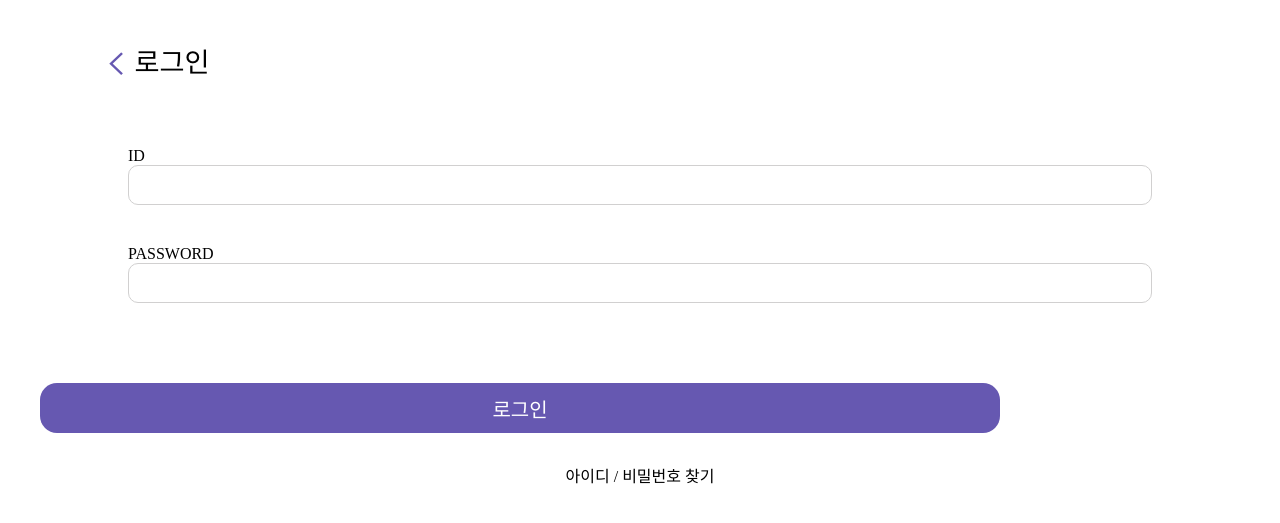
Repository: PEPI-dev/UI
Page: login/login.html
These files come from the project's save history. The page is drawn as it stood at one moment and after the next save; the edit follows.
The browser window is 1280 px wide. The pictures show the whole page.
Some web fonts or font styles are not loaded; a fallback is used.

Above is the page before, as saved 2023-12-05 15:53:36.

After the next save:
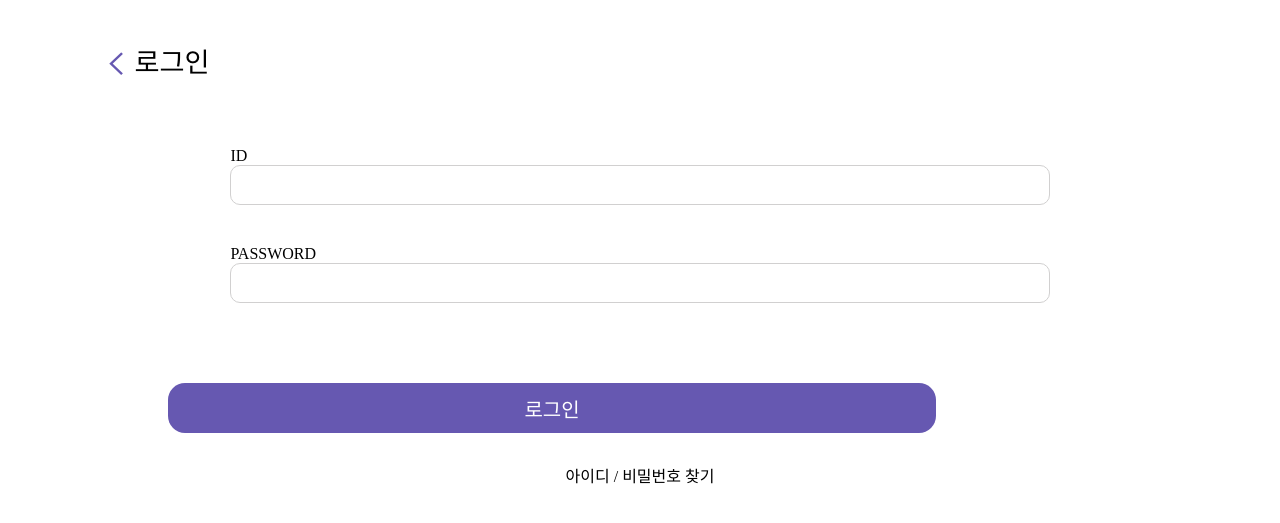
Saved 43 s later.
--- a/login/login.html
+++ b/login/login.html
@@ -15,7 +15,7 @@
         <span class="title">로그인</span>
     </header>
 
-    <div id="container">
+    <div class="container">
     <form action="#">
         <div class="input_form"><label for="ID" class="txt_input">ID</label><input class="search" id="ID" type="text"></input></div>
 

After the 2 saves that followed:
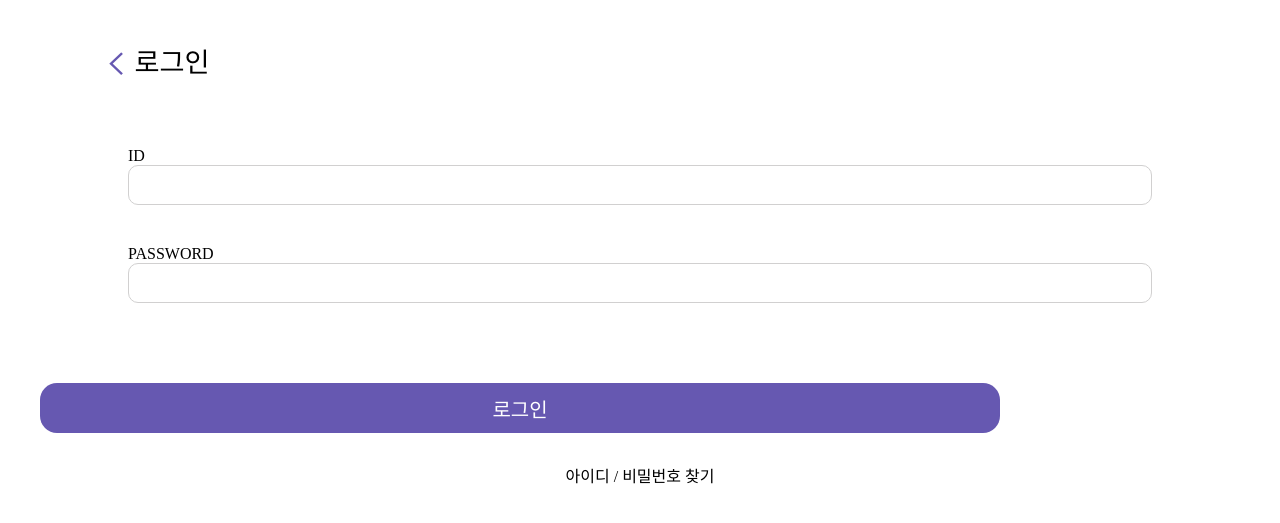
The 2 saves are shown as one change because 1 left the picture as it was.
The last was saved 25 s later.
--- a/login/login.css
+++ b/login/login.css
@@ -1,5 +1,5 @@
 .container{
-
+    width: 100%;
 }
 
 .button{
